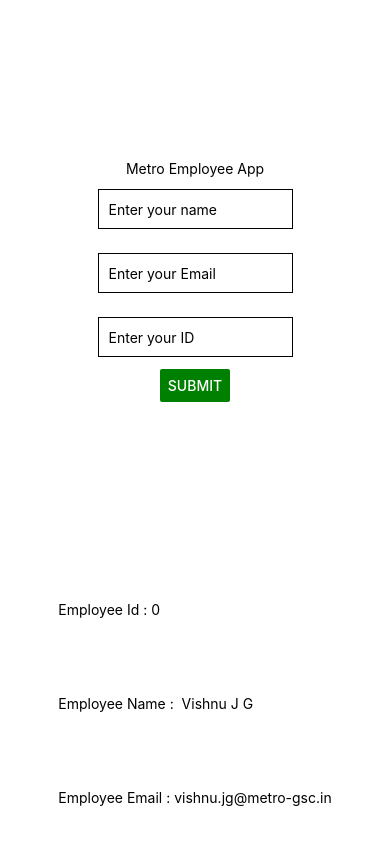
Repository: VishnuJG/Metro-Employee-App
Screen: /
An editor plug-in stored every save of this project. The screen is shown before and after a run of saves, followed by the edit.
The app was drawn by React Native's web renderer in a window 390 px wide. The project was rebuilt for these pictures with package versions that can differ from the ones it lists, and the page was loaded fresh each time.

Above is the screen before, as saved 2022-06-28 14:28:12.

After the next 2 saves:
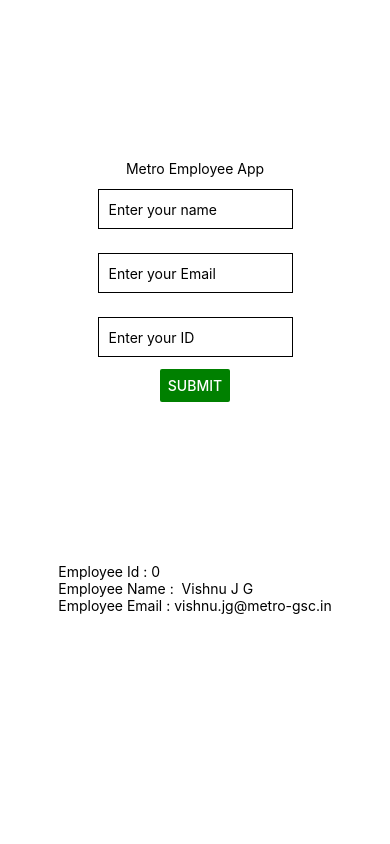
The 2 saves are shown as one change because they came seconds apart.
The last was saved 8 s later.
--- a/components/Task.js
+++ b/components/Task.js
@@ -23,6 +23,6 @@ const styles = StyleSheet.create({
     width:'100%',
     flex:1,
     flexDirection:'column',
-    justifyContent: 'space-around',
+    justifyContent: 'flex-start',
   }
 });
